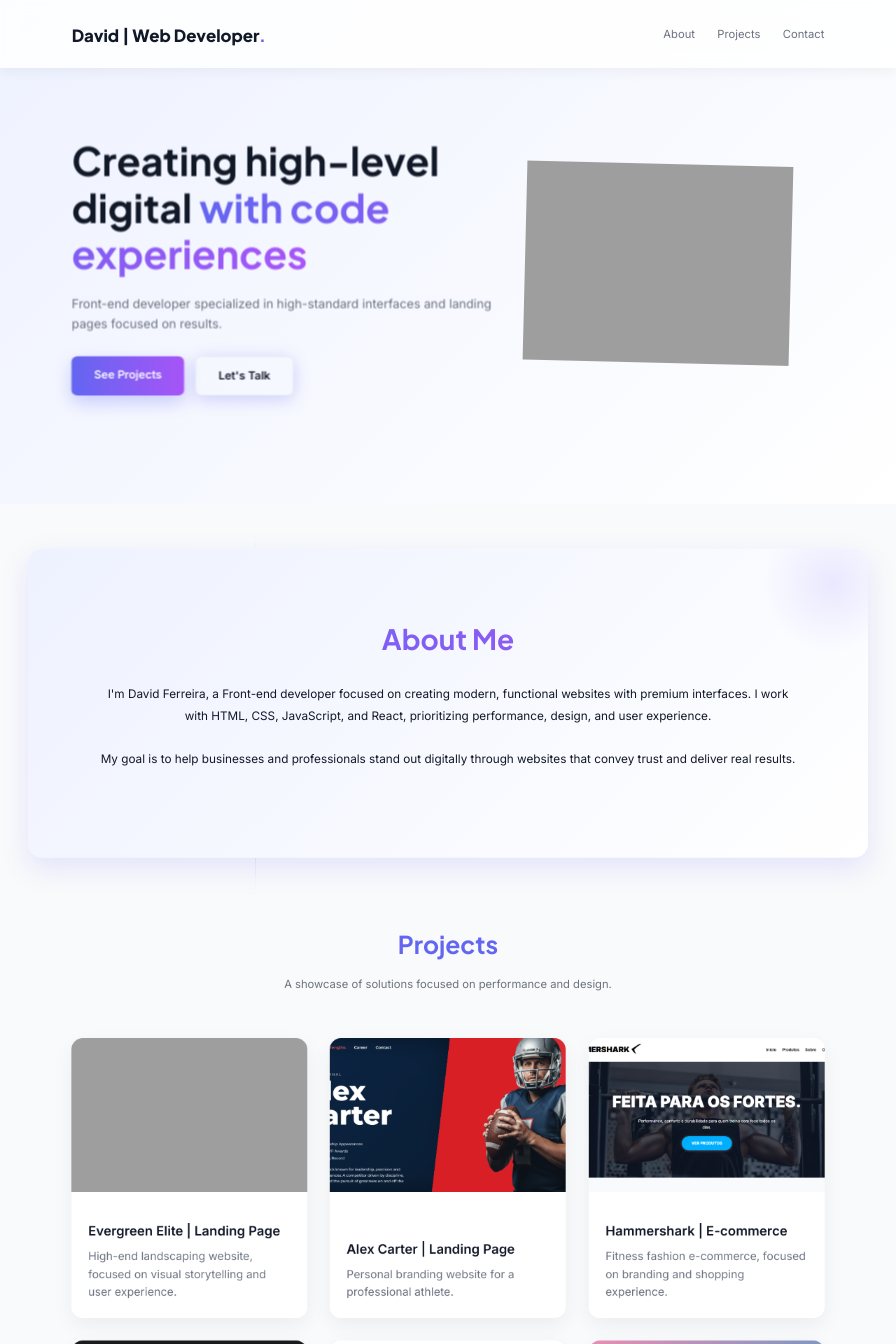
Repository: davidfsillva/portifolio
Page: index.html
These files come from the project's save history. The page is drawn as it stood at one moment and after a run of saves; the edit follows.
The browser window is 1280 px wide. The pictures show the part of the page from y = 0 to 1920 px (the page is 2945 px tall), at 70% of full size.
Pictures or frames that could not be fetched are drawn as grey boxes.

Above is the page before, as saved 2026-02-13 16:05:48.
Console error: TypeError: Cannot read properties of null (reading 'addEventListener')

After the next 2 saves:
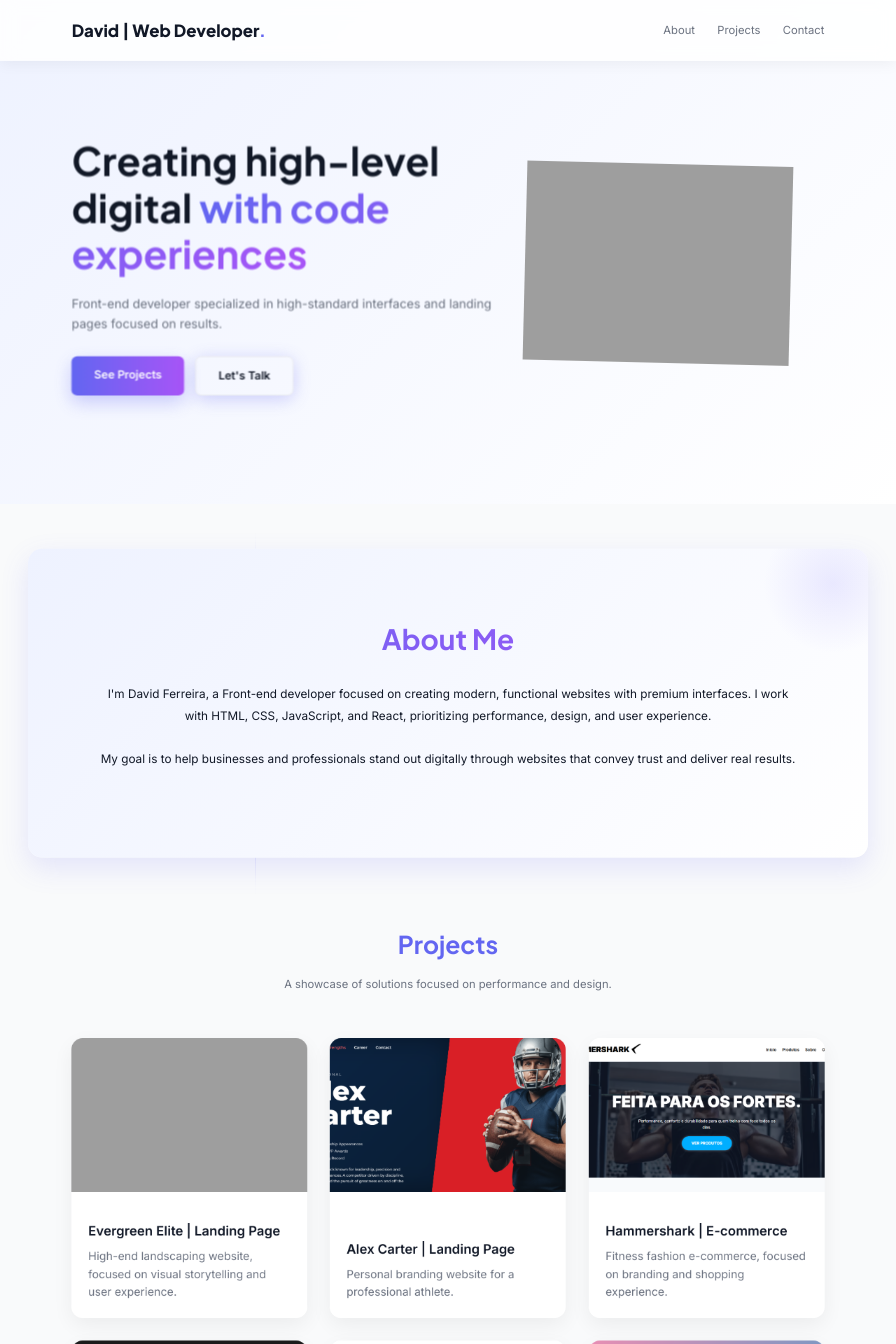
The 2 saves are shown as one change because they came seconds apart.
The last was saved 8 s later.
--- a/style.css
+++ b/style.css
@@ -54,7 +54,7 @@ body {
 .logo {
   font-family: 'Plus Jakarta Sans', sans-serif;
   font-weight: 800;
-  font-size: 1.9rem;
+  font-size: 1.4rem;
 }
 
 .logo a {
